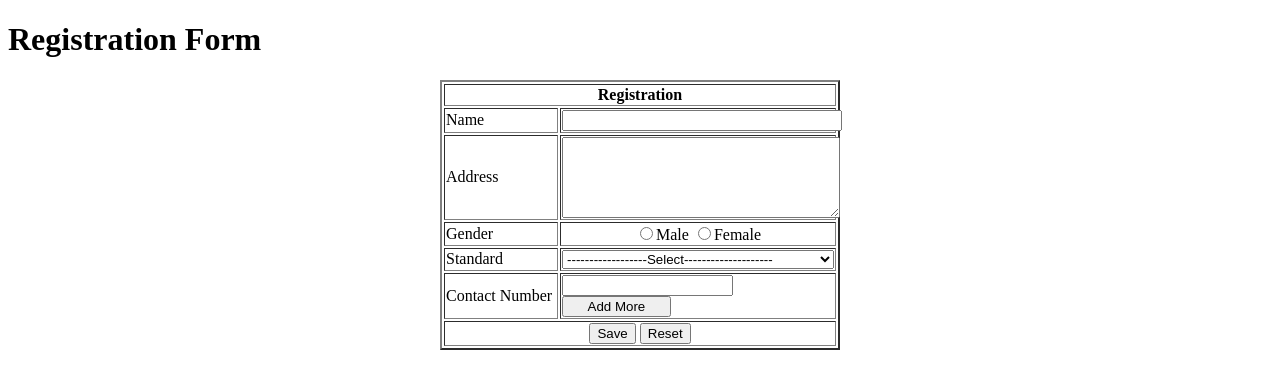
Repository: nsbgit/JavaTutorial
Page: http://localhost/2ndBatch/
The author's editor kept a copy of each file at every save. The page is drawn from the files as they stood at one save, then again after the next save.
The browser window is 1280 px wide. The pictures show the whole page.
The page is served by Tomcat 9.

Above is the page before, as saved 2013-12-17 20:48:26.

### Webel Daily Home/J2EE Webel Tutorial Class/2ndBatch/WebContent/1st.jsp
<%@ page language="java" contentType="text/html; charset=ISO-8859-1"
    pageEncoding="ISO-8859-1"%>
<!DOCTYPE html PUBLIC "-//W3C//DTD HTML 4.01 Transitional//EN" "http://www.w3.org/TR/html4/loose.dtd">
<html>
<head>
<meta http-equiv="Content-Type" content="text/html; charset=ISO-8859-1">
<title>Webel Tutorial</title>
</head>
<body>
	<form action="#" method="post">
	<%--
	We have to draw or make a table inside form tag because this tag is required to pass the value into SERVLET
	 --%>
		<table border="2" width="400px" align="center">
		<%--
		Table is created into a row and column manner
		 --%>
			<h1 >Registration Form</h1> <%-- This is for heading of the page --%>

			<tr>
			<%--
			This tag is used for creation of a new row
			 --%>
				<th align="center" colspan="2">Registration</th> <%-- This tag is used for table header --%>
			</tr>

			<tr>
				<td>Name</td> <%-- This tag is for the new column for a particular row --%>
				<td>
					<input type="text" style="width: 100%"> <%-- Syntax for TEXTBOX --%>
				</td>
			</tr>

			<tr>
				<td>Address</td>
				<td>
					<textarea rows="5" cols="15" style="width: 100%"></textarea> <%-- Syntax for TEXT AREA --%>
				</td>
			</tr>


			<tr>
				<td>Gender</td>
				<td align="center">
					<input type="radio">Male <%-- Syntax for RADIO BUTTON --%>
					<input type="radio">Female
				</td>
			</tr>

			<tr>
				<td>Standard</td>
				<td>
					<select style="width: 100%">
					<%--
					This tag is used for creation of drop down list but the option will be not created through it.
					 --%>
						<option>------------------Select--------------------</option>
						<%--
						Options will be created by this tag
						 --%>
						<option>Standard 1</option>
						<option>Standard 2</option>
						<option>Standard 3</option>
						<option>Standard 4</option>
					</select>
				</td>
			</tr>

			<tr>
				<td>Contact Number</td>
				<td>
					<input type="text" style="width: 60%">
					<input type="button" style="width: 40%" value="Add More"><%-- Syntax for BUTTON --%>
				</td>
			</tr>

			<tr>
				<td align="center" colspan="2">
					<input type="submit" value="Save">
					<input type="reset" value="Reset">
				</td>
			</tr>



		</table>
	</form>
</body>
</html>

After the next save:
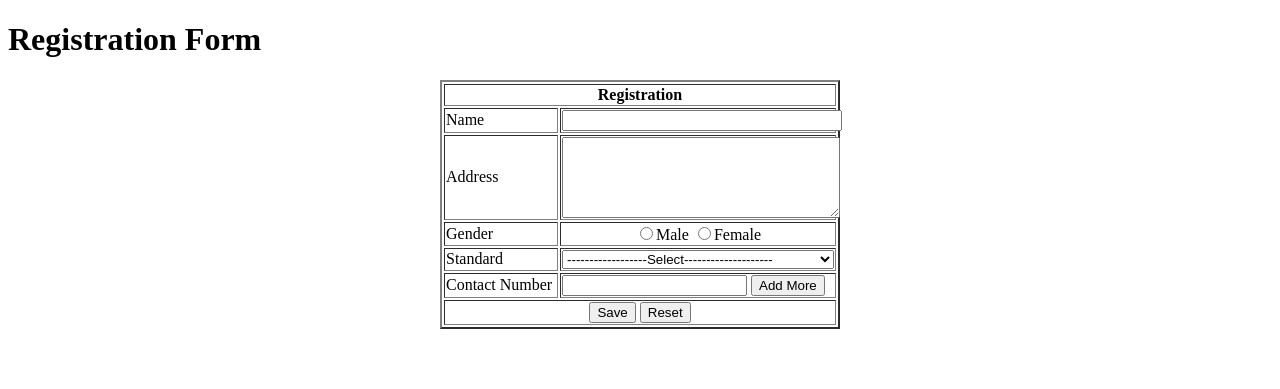
Saved 22 s later.
--- a/Webel Daily Home/J2EE Webel Tutorial Class/2ndBatch/WebContent/1st.jsp
+++ b/Webel Daily Home/J2EE Webel Tutorial Class/2ndBatch/WebContent/1st.jsp
@@ -69,8 +69,8 @@
 			<tr>
 				<td>Contact Number</td>
 				<td>
-					<input type="text" style="width: 60%">
-					<input type="button" style="width: 40%" value="Add More"><%-- Syntax for BUTTON --%>
+					<input type="text">
+					<input type="button" value="Add More"><%-- Syntax for BUTTON --%>
 				</td>
 			</tr>
 
